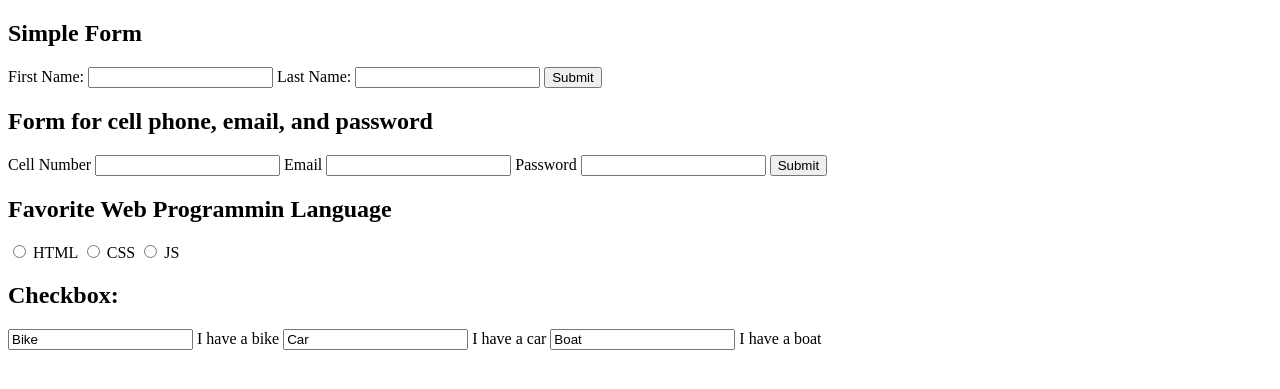
Repository: TheTroyPhillips/Block14
Page: Coursework/Block10/index.html
These files come from the project's save history. The page is drawn as it stood at one moment and after a run of saves; the edit follows.
The browser window is 1280 px wide. The pictures show the whole page.

Above is the page before, as saved 2023-09-07 19:41:43.

### Coursework/Block10/index.html
<!DOCTYPE html>
<html lang="en">
<head>
    <meta charset="UTF-8">
    <meta name="viewport" content="width=device-width, initial-scale=1.0">
    <title>Document</title>
</head>
<body>
    <article>
        <h2>Simple Form</h2>
        <form>
            <label for="fmane">First Name: </label>
            <input type="text" id="fname" name="fname">
            <label for="lmane">Last Name: </label>
            <input type="text" id="lname" name="lname">
            <input type="submit">

        </form>
    </article>
    <article>
        <h2>Form for cell phone, email, and password</h2>
        <form>
            <label for="">Cell Number</label>
            <input type="number" id="Cell Number" name="Cell Number">
            <label for="email">Email</label>
            <input type="email" id="Email" name="Email">
            <label for="password">Password</label>
            <input type="password" id="Password" name="Password">
            <input type="submit">
        </form>
    </article>
    <article>
        <h2>Favorite Web Programmin Language</h2>
        <form>
            <input type="radio" id="html" name="fav_language" value="HTML">
            <label for="html">HTML</label>
            <input type="radio" id="css" name="fav_language" value="CSS">
            <label for="css">CSS</label>
            <input type="radio" id="js" name="fav_language" value="JS">
            <label for="js">JS</label>
        </form>
    </article>
    <article>
        <h2>Checkbox:</h2>
        <form>
            <input type="" id="vehicle1" name="vehicle" value="Bike">
            <label for="vehicle1">I have a bike</label>
            <input type="" id="vehicle2" name="vehicle" value="Car">
            <label for="vehicle2">I have a car</label>
            <input type="" id="vehicle3" name="vehicle" value="Boat">
            <label for="vehicle3">I have a boat</label>
        </form>
    </article>
</body>
</html>

After the next 2 saves:
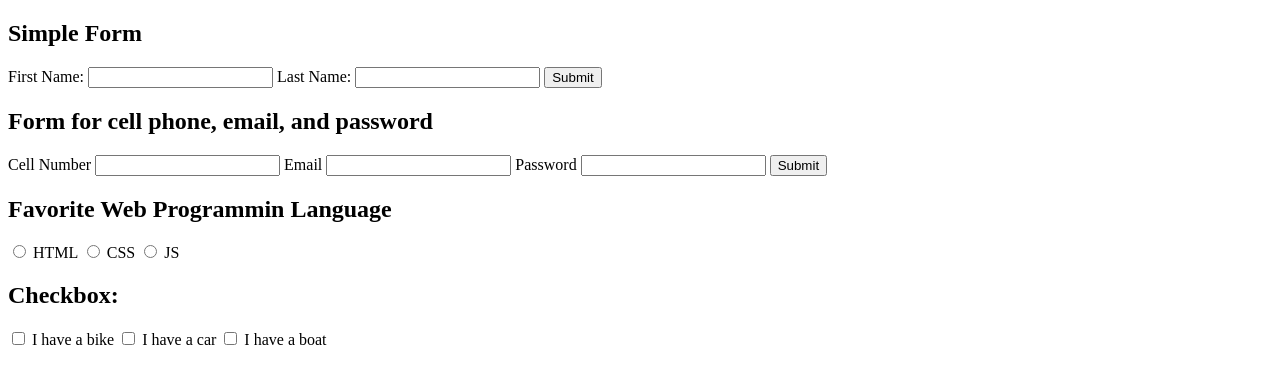
The 2 saves are shown as one change because they came seconds apart.
The last was saved 12 s later.
--- a/Coursework/Block10/index.html
+++ b/Coursework/Block10/index.html
@@ -43,11 +43,11 @@
     <article>
         <h2>Checkbox:</h2>
         <form>
-            <input type="" id="vehicle1" name="vehicle" value="Bike">
+            <input type="checkbox" id="vehicle1" name="vehicle" value="Bike">
             <label for="vehicle1">I have a bike</label>
-            <input type="" id="vehicle2" name="vehicle" value="Car">
+            <input type="checkbox" id="vehicle2" name="vehicle" value="Car">
             <label for="vehicle2">I have a car</label>
-            <input type="" id="vehicle3" name="vehicle" value="Boat">
+            <input type="checkbox" id="vehicle3" name="vehicle" value="Boat">
             <label for="vehicle3">I have a boat</label>
         </form>
     </article>
